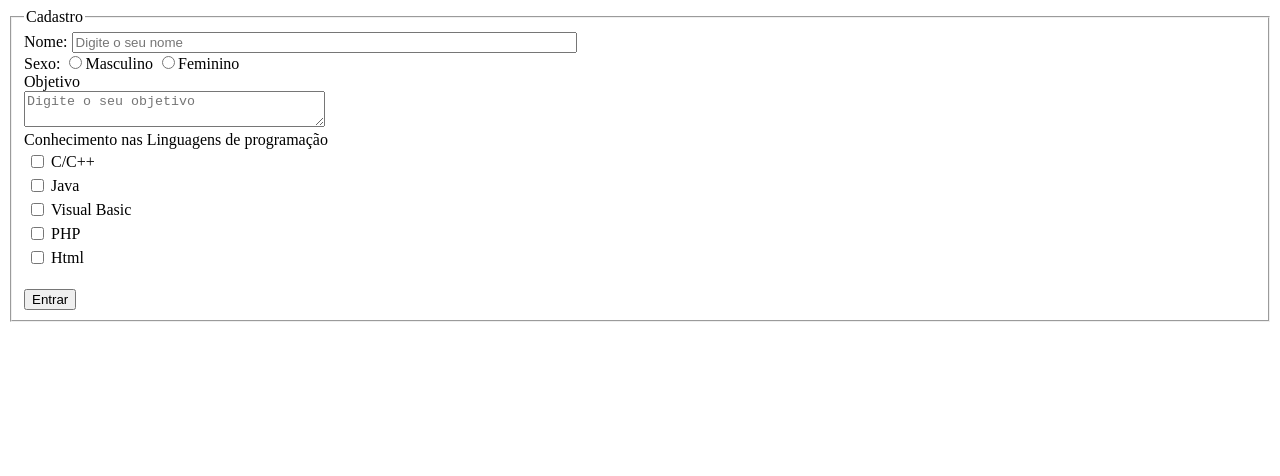
Repository: Lerif/WebServletLearning
Page: http://localhost/WebLearning/
These files come from the project's save history. The page is drawn as it stood at one moment and after the next save; the edit follows.
The browser window is 1280 px wide. The pictures show the whole page.
The page is served by Tomcat 9.

Above is the page before, as saved 2016-10-26 13:53:49.

After the next save:
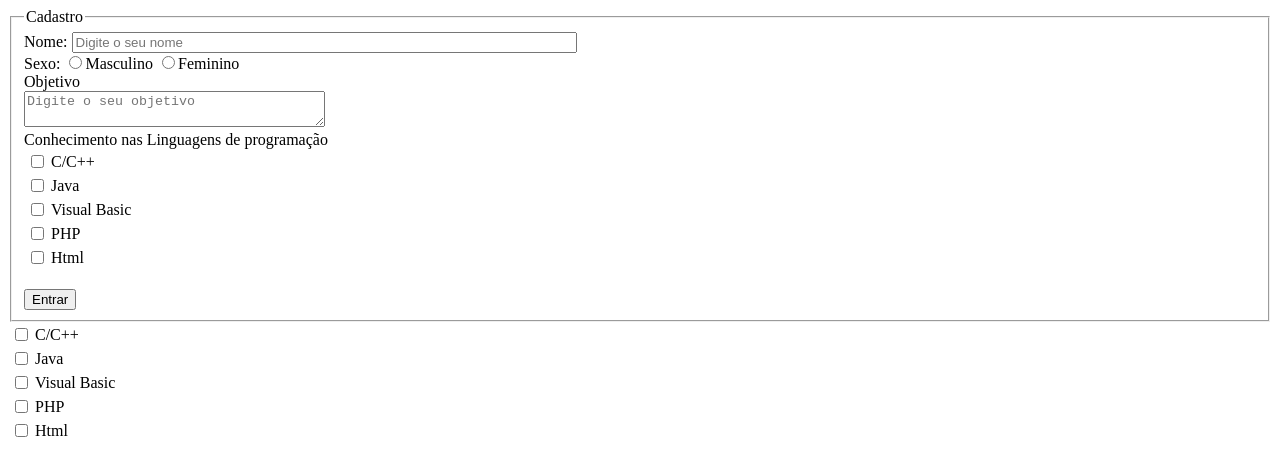
Saved 9 s later.
--- a/WebServelets/WebLearning/WebContent/TryJSP.jsp
+++ b/WebServelets/WebLearning/WebContent/TryJSP.jsp
@@ -54,6 +54,29 @@
 			<button onClick="entrar()" value="Submit form">Entrar</button>
 			<br>
 		</fieldset>
+
+					<table>
+				<tr>
+					<td> <input type="checkbox" id="formation1" name="c" value="0" /> </td>
+					<td>C/C++ </td>
+				</tr>
+				<tr>
+					<td><input type="checkbox" id="formation2" name="java" value="1" /></td>
+					<td>Java</td>
+				</tr>
+				<tr>
+					<td><input type="checkbox" id="formation3" name="vb" value="2" /></td>
+					<td>Visual Basic</td>
+				</tr>
+				<tr>
+					<td><input type="checkbox" id="formation4" name="php" value="3" /></td>
+					<td>PHP</td>
+				</tr>
+				<tr>
+					<td><input type="checkbox" id="formation5" name="html" value="4" /> </td>
+					<td>Html</td>
+				</tr>
+			</table>
 	</form>
 </body>
 

After the save that followed:
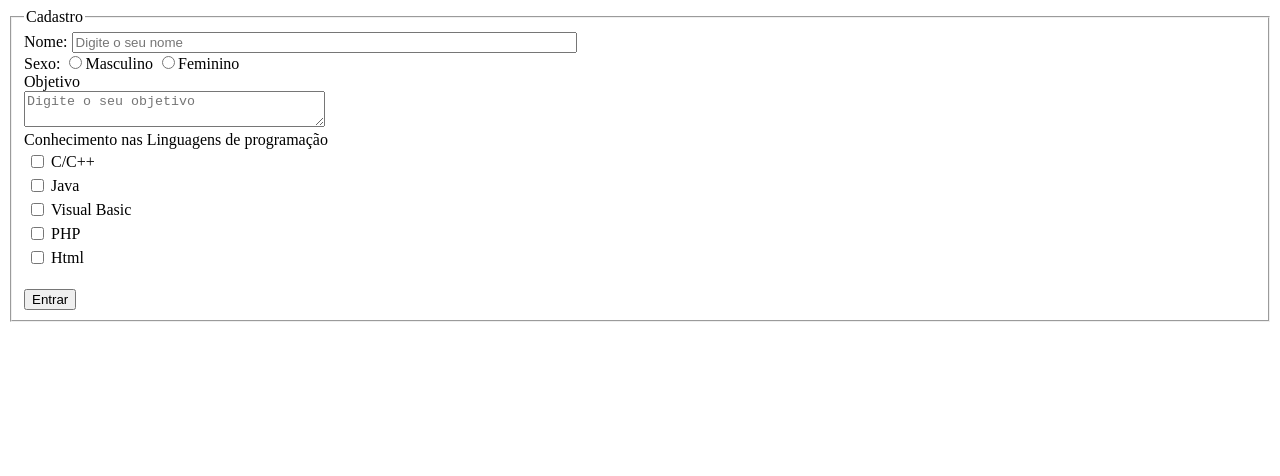
Saved 22 s later.
--- a/WebServelets/WebLearning/WebContent/TryJSP.jsp
+++ b/WebServelets/WebLearning/WebContent/TryJSP.jsp
@@ -55,28 +55,6 @@
 			<br>
 		</fieldset>
 
-					<table>
-				<tr>
-					<td> <input type="checkbox" id="formation1" name="c" value="0" /> </td>
-					<td>C/C++ </td>
-				</tr>
-				<tr>
-					<td><input type="checkbox" id="formation2" name="java" value="1" /></td>
-					<td>Java</td>
-				</tr>
-				<tr>
-					<td><input type="checkbox" id="formation3" name="vb" value="2" /></td>
-					<td>Visual Basic</td>
-				</tr>
-				<tr>
-					<td><input type="checkbox" id="formation4" name="php" value="3" /></td>
-					<td>PHP</td>
-				</tr>
-				<tr>
-					<td><input type="checkbox" id="formation5" name="html" value="4" /> </td>
-					<td>Html</td>
-				</tr>
-			</table>
 	</form>
 </body>
 
